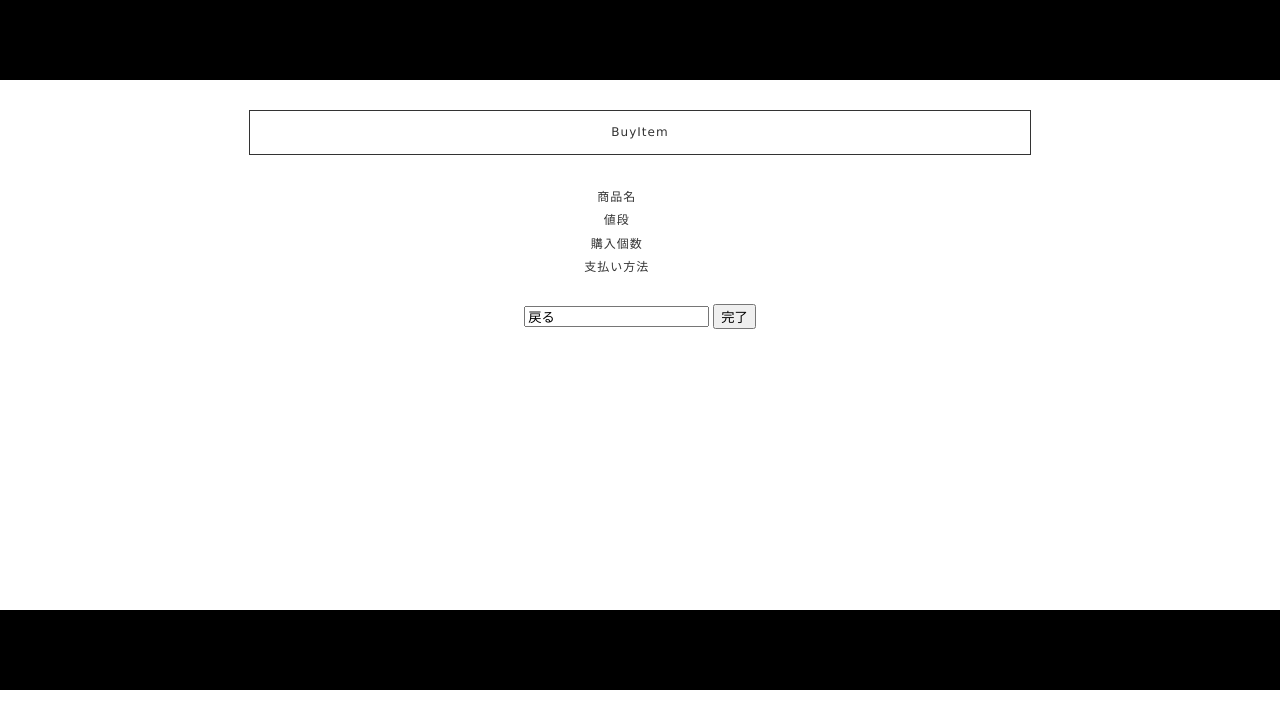
Repository: koyaman11/test
Page: http://localhost/Ecsite/buyItemConfirm.jsp
The author's editor kept a copy of each file at every save. The page is drawn from the files as they stood at one save, then again after the next save.
The browser window is 1280 px wide. The pictures show the whole page.
Some web libraries are served in a nearby version. The page is served by Tomcat 9. Other server files are loaded and not shown.

Above is the page before, as saved 2018-10-23 05:07:04.
Console error (its wording comes from the project's code and is left out).

### Ecsite/WebContent/buyItemConfirm.jsp
<%@ page language="java" contentType="text/html; charset=UTF-8"
    pageEncoding="UTF-8"%>
    <%@ taglib prefix="s" uri="/struts-tags" %>
<!DOCTYPE html>
<html>
<head>
<meta http-equiv="Content-Type" content="text/html; charset=UTF-8"/>
<meta http-equiv="Content-Style-Type" content="text/css"/>
<meta http-equiv="Content-Script-Type" content="text/javascript"/>
<meta http-equiv="imagetoolbar" content="no">
<meta name="description" content=""/>
<meta name="keywords" content=""/>
<script src="http://ajax.googleapis.com/ajax/libs/jquery/1.9.1/jquery.min.js"></script>
<title>userCreateconfirm画面</title>

<style type="text/css">
body{
margin:0;
padding:0;
line-height:1.6;
letter-spacing:1px;
font-family:Verdana,Helvetica,sans-serif;
font-size:12px;
color:#333;
backgrount:#fff;
}

table{
text-align:center;
margin:0 auto;
}

#top{
width:780px;
margin:30px auto;
border:1px solid #333;
}

#header{
width:100%;
height:80px;
background-color:black;
}

#main{
width:100%;
height:500px;
text-align:center;
}

#footer{
width:100%;
height:80px;
background-color:black;
clear:both;
}

#text-center{
displey:inline-block;
text-align:center;
}
</style>


<script type="text/javascript">
  function submitAction(url){
   $('form').attr('action',url);
   $('form').submit();
}
</script>

</head>
<body>

<div id="header">
<div id="pr">
</div>
</div>
<div id="main">
<div id="top">
<p>BuyItem</p>
</div>

<div>
 <s:form>
 <tr>
  <td>商品名</td>
  <td><s:property value="session.buyItem_name"/></td>
 </tr>

 <tr>
 <td>値段</td>
 <td><s:property value="session.total_price"/></td>
</tr>

<tr>
  <td>購入個数</td>
  <td><s:property value="session.count"/></td>
  </tr>

  <tr>
  <td>支払い方法</td>
  <td><s:property value="session.pay"/></td>
  </tr>
<tr>
   <td><br></td>
</tr>

 <tr>
   <td><input type="botton" value="戻る" onclick="subimitAction('HomeAction')"/></td>
   <td><input type="button" value="完了" onclick="submitAction('BuyItemConfirmAction'")"/></td>
 </tr>
 </s:form>
</div>
</div>
<div id="footer">
<div id="pr"></div>
</div>
</body>
</html>

After the next save:
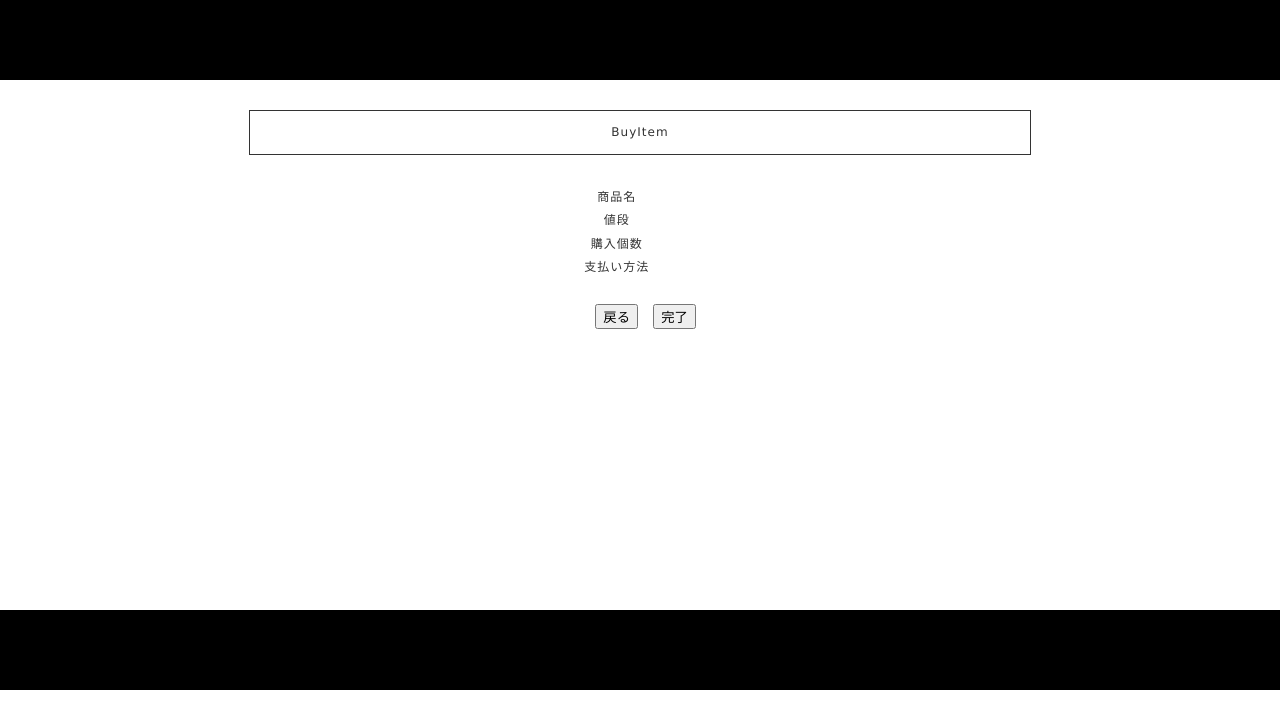
The error is gone.
Saved 64 s later.
--- a/Ecsite/WebContent/buyItemConfirm.jsp
+++ b/Ecsite/WebContent/buyItemConfirm.jsp
@@ -107,8 +107,8 @@ text-align:center;
 </tr>
 
  <tr>
-   <td><input type="botton" value="戻る" onclick="subimitAction('HomeAction')"/></td>
-   <td><input type="button" value="完了" onclick="submitAction('BuyItemConfirmAction'")"/></td>
+   <td><input type="button" value="戻る" onclick="subimitAction('HomeAction')"/></td>
+   <td><input type="button" value="完了" onclick="submitAction('BuyItemConfirmAction')"/></td>
  </tr>
  </s:form>
 </div>
